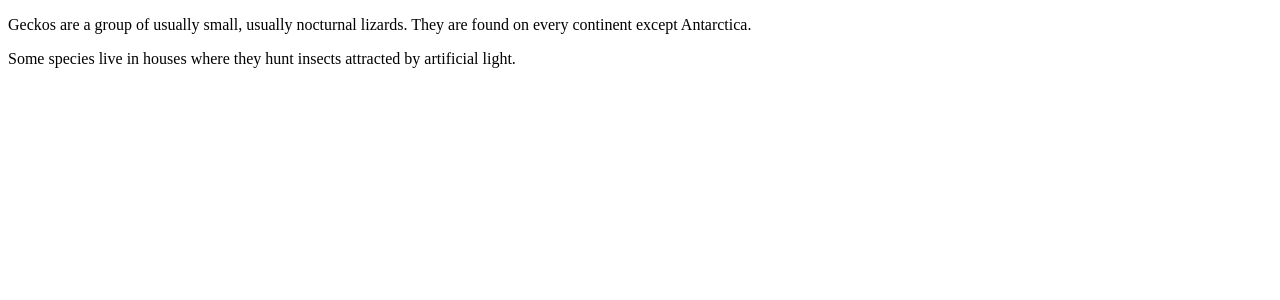
Repository: Bsharpenski/mini-movi-list
Page: html-excercise1/index.html
An editor plug-in stored every save of this project. The page is shown before and after the next save, followed by the edit.
The browser window is 1280 px wide. The pictures show the whole page.

Above is the page before, as saved 2025-01-28 17:54:29.

After the next save:
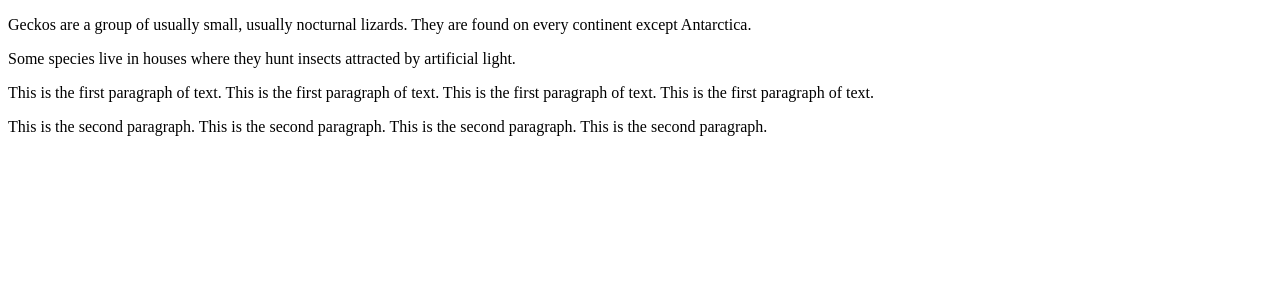
Saved 4 min 17 s later.
--- a/html-excercise1/index.html
+++ b/html-excercise1/index.html
@@ -11,6 +11,14 @@
           </p>
 
           <p>Some species live in houses where they hunt insects attracted by artificial light.</p>
+          <p>
+            This is the first paragraph of text. This is the first paragraph of text. This
+            is the first paragraph of text. This is the first paragraph of text.
+          </p>
+          <p>
+            This is the second paragraph. This is the second paragraph. This is the second
+            paragraph. This is the second paragraph.
+          </p>
 
 
 
